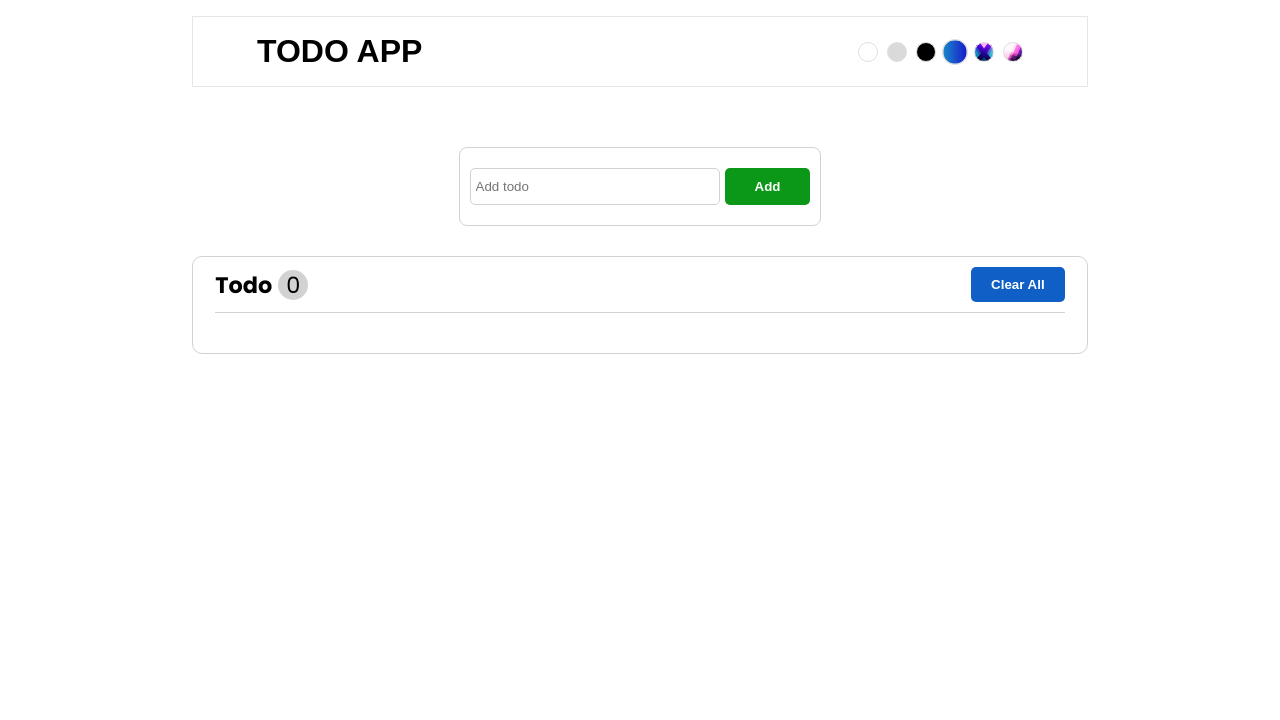
Repository: michalmilek/TodoApp
Page: /
The author's editor kept a copy of each file at every save. The page is drawn from the files as they stood at one save, then again after the next save.
The browser window is 1280 px wide. The pictures show the whole page.
Some web fonts or font styles are not loaded; a fallback is used. The project was rebuilt for these pictures with package versions that can differ from the ones it lists, and the page was loaded fresh each time. Also part of the build but not shown: vite.config.js.

Above is the page before, as saved 2023-02-01 15:56:46.

### src/App.jsx
import { useEffect, useState } from "react";
import "./App.css";
import AddTodo from "./components/AddTodo";
import Header from "./components/Header";
import ShowTodo from "./components/ShowTodo";

function App() {
  const [theme, setTheme] = useState("g1");
  const [todolist, setTodolist] = useState(
    JSON.parse(localStorage.getItem("todolist")) || []
  );
  const [todo, setTodo] = useState({});

  useEffect(() => {
    localStorage.setItem("todolist", JSON.stringify(todolist));
  }, [todolist]);

  return (
    <div className={"App"}>
      <Header
        theme={theme}
        setTheme={setTheme}
      />
      <AddTodo
        todolist={todolist}
        setTodolist={setTodolist}
        todo={todo}
        setTodo={setTodo}
      />
      <ShowTodo
        todolist={todolist}
        setTodolist={setTodolist}
        todo={todo}
        setTodo={setTodo}
      />
    </div>
  );
}

export default App;

### src/index.css
@import url(https://fonts.googleapis.com/css?family=Poppins:100,100italic,200,200italic,300,300italic,regular,italic,500,500italic,600,600italic,700,700italic,800,800italic,900,900italic);
@import url(https://fonts.googleapis.com/css?family=Texturina:100,200,300,regular,500,600,700,800,900,100italic,200italic,300italic,italic,500italic,600italic,700italic,800italic,900italic);

*{
  box-sizing: border-box;
  margin: 0;
  padding: 0;
}

body{
  display: flex;
  flex-direction: column;
  align-items: center;
  justify-content: center;
  font-family: 'Poppins', sans-serif;
}

### src/App.css
header{
  display: flex;
  justify-content: space-between;
  align-items: center;
  width: 70vw;
  margin-top: 1rem;
  padding: 1rem 4rem;
  border: 1px solid rgb(230, 230, 230);
}

  .logo{
    font-family: 'Texturina', sans-serif;
  }

  .themeSelector{
    display: flex;
    gap: 4px;
  }

  header .themeSelector span{
  height: 20px;
  width: 20px;
  border-radius: 50%;
  display: inline-block;
  margin-left: 5px;
  cursor: pointer;
  border: 1px solid #dfdfdf;
  transition: all 0.3s ease;
}

  .light{
  background-color: rgb(255, 255, 255);
  }

  .medium{
  background-color: rgb(218, 218, 218);
  }

  .dark{
  background-color: rgb(0, 0, 0);
  }

  .g1{
  background: linear-gradient(90deg, #1888c9, #181bc9);;
  }

  .g2{
    background: linear-gradient(235deg, #FFFFFF 0%, #000F25 100%), linear-gradient(180deg, #6100FF 0%, #000000 100%), linear-gradient(235deg, #FFA3AC 0%, #FFA3AC 40%, #00043C calc(40% + 1px), #00043C 60%, #005D6C calc(60% + 1px), #005D6C 70%, #00C9B1 calc(70% + 1px), #00C9B1 100%), linear-gradient(125deg, #FFA3AC 0%, #FFA3AC 40%, #00043C calc(40% + 1px), #00043C 60%, #005D6C calc(60% + 1px), #005D6C 70%, #00C9B1 calc(70% + 1px), #00C9B1 100%);
  background-blend-mode: soft-light, screen, darken, normal;
}

.g3{
  background: linear-gradient(125deg, #FFFFFF 0%, #000000 100%), linear-gradient(200deg, #FFD9E8 0%, #FFD9E8 50%, #DE95BA calc(50% + 1px), #DE95BA 60%, #7F4A88 calc(60% + 1px), #7F4A88 75%, #4A266A calc(75% + 1px), #4A266A 100%), linear-gradient(113deg, #FFD9E8 0%, #FFD9E8 40%, #DE95BA calc(40% + 1px), #DE95BA 50%, #7F4A88 calc(50% + 1px), #7F4A88 70%, #4A266A calc(70% + 1px), #4A266A 100%);
  background-blend-mode: overlay, overlay, normal;

}

.active{
  transition: all 0.3s ease;
  scale: 1.3;
}


.addTodo {
  margin-top: 60px;
  display: flex;
  justify-content: center;
  align-items: center;
}

.addTodo form{
  padding: 20px 10px;
  background: rgb(255, 255, 255);
  border: 1px solid rgb(211, 210, 210);
  display: flex;
  gap: 5px;
  border-radius: 8px;
}

.addTodo form input{
  padding: 10px 5px;
  max-width: 350px;
  min-width: 250px;
  border: 1px solid rgb(211, 210, 210);
  outline: none;
  border-radius: 5px;
}

.addTodo form button{
  background: rgb(11, 151, 23);
  border: none;
  padding: 0 30px;
  border-radius: 5px;
  color: #fff;
  font-weight: bold;
  cursor: pointer;
}



.showTodo{
  margin-top: 30px;
  display: flex;
  flex-direction: column;
  justify-content: center;
  align-items: center;
  border-radius: 10px;
  border: 1px solid rgb(211, 210, 210);
}

.head{
  display: flex;
  width: 95%;
  padding: 10px 0px;
  justify-content: space-between;
  border-bottom: 1px solid rgb(211, 210, 210);
}

.head_Todo{
  display: flex;
  gap: 6px;
  justify-content: center;
  align-items: center;
}


.title{
  font-weight: bold;
  font-size: 1.4rem;
}

.count{
  display: flex;
  justify-content: center;
  align-items: center;
  border-radius: 50%;
  height: 30px;
  width: 30px;
  font-size: 1.4rem;
  background: rgb(211, 210, 210);
}

.clearAll{
    background: rgb(15, 95, 199);
  border: none;
  padding: 10px 20px;
  border-radius: 5px;
  color: #fff;
  font-weight: bold;
  cursor: pointer;
}

ul{
  padding: 20px 0;
  display: flex;
  width: 90%;
  list-style-type: none;
  justify-items: start;
  gap: 20px;
}

ul li{
  display: flex;
  gap: 35px;
  padding: 10px 10px;
  border-radius: 4px;
  border: 1px solid rgb(211, 210, 210);
  border-left: 5px solid rgb(15, 95, 199);
}

ul li p{
  display: flex;
  gap: 10px;
  flex-direction: column;
}

ul li p .titleTodo{
  font-weight: bold;
  font-size: 1.3rem;

}

ul li p .timeTodo{
  font-style: italic;
  color: rgb(131, 131, 131);

}


.icons svg{
height: 24px;
width: 24px;
}

.icons .pen{
  color: rgb(0, 81, 255);
}

.icons .trash{
  color: red;
}

### src/components/AddTodo.jsx
import React from "react";

const AddTodo = ({ todolist, setTodolist, todo, setTodo }) => {
  const handleSubmit = (e) => {
    e.preventDefault();

    if (todo.id) {
      const date = new Date();
      const updateTodolist = todolist.map((item) =>
        item.id === todo.id
          ? {
              id: todo.id,
              name: todo.name,
              time: `${date.toLocaleTimeString()} ${date.toLocaleDateString()}`,
            }
          : item
      );
      setTodolist(updateTodolist);
      setTodo({});
    } else {
      console.log(e.target.todo.value);
      const date = new Date();
      const newTask = {
        id: Math.random(),
        name: e.target.todo.value,
        time: `${date.toLocaleTimeString()} ${date.toLocaleDateString()}`,
      };
      setTodolist([...todolist, newTask]);
      e.target.todo.value = "";
    }
  };
  return (
    <section className="addTodo">
      <form onSubmit={handleSubmit}>
        <input
          type="text"
          name="todo"
          value={todo.name || ""}
          onChange={(e) => setTodo({ ...todo, name: e.target.value })}
          autoComplete="off"
          placeholder="Add todo"
          maxLength="25"
        />
        <button type="submit">{todo.id ? "Update" : "Add"}</button>
      </form>
    </section>
  );
};

export default AddTodo;

### src/components/Header.jsx
import React, { useEffect, useState } from "react";

const Header = ({ theme, setTheme }) => {
  return (
    <header>
      <div className="logo">
        <h1>TODO APP</h1>
      </div>
      <div className="themeSelector">
        <span
          onClick={() => setTheme("light")}
          className={theme === "light" ? "light active" : "light"}></span>
        <span
          onClick={() => setTheme("medium")}
          className={theme === "medium" ? "medium active" : "medium"}></span>
        <span
          onClick={() => setTheme("dark")}
          className={theme === "dark" ? "dark active" : "dark"}></span>
        <span
          onClick={() => setTheme("g1")}
          className={theme === "g1" ? "g1 active" : "g1"}></span>
        <span
          onClick={() => setTheme("g2")}
          className={theme === "g2" ? "g2 active" : "g2"}></span>
        <span
          onClick={() => setTheme("g3")}
          className={theme === "g3" ? "g3 active" : "g3"}></span>
      </div>
    </header>
  );
};

export default Header;

### src/components/ShowTodo.jsx
import React from "react";
import { Icon } from "@iconify/react";

const ShowTodo = ({ todolist, setTodolist, todo, setTodo }) => {
  const handleEdit = (id) => {
    const selectedTodo = todolist.find((item) => item.id === id);
    console.log(selectedTodo);
    setTodo(selectedTodo);
  };

  const handleDelete = (id) => {
    const updatedTodoList = todolist.filter((item) => item.id !== id);
    setTodolist(updatedTodoList);
  };
  return (
    <div className="showTodo">
      <div className="head">
        <div className="head_Todo">
          <span className="title">Todo</span>
          <span className="count">{todolist.length}</span>
        </div>
        <button
          onClick={() => setTodolist([])}
          className="clearAll">
          Clear All
        </button>
      </div>
      <ul>
        {todolist.map((todo, index) => (
          <li key={index}>
            <p>
              <span className="titleTodo">{todo.name}</span>
              <span className="timeTodo">{todo.time}</span>
            </p>
            <div className="icons">
              <Icon
                onClick={() => handleEdit(todo.id)}
                className="pen"
                icon="material-symbols:edit"
              />
              <Icon
                onClick={() => handleDelete(todo.id)}
                className="trash"
                icon="mdi:trash"
              />
            </div>
          </li>
        ))}
      </ul>
    </div>
  );
};

export default ShowTodo;

Loaded but not shown: index.html (common file); src/main.jsx (common file)

After the next save:
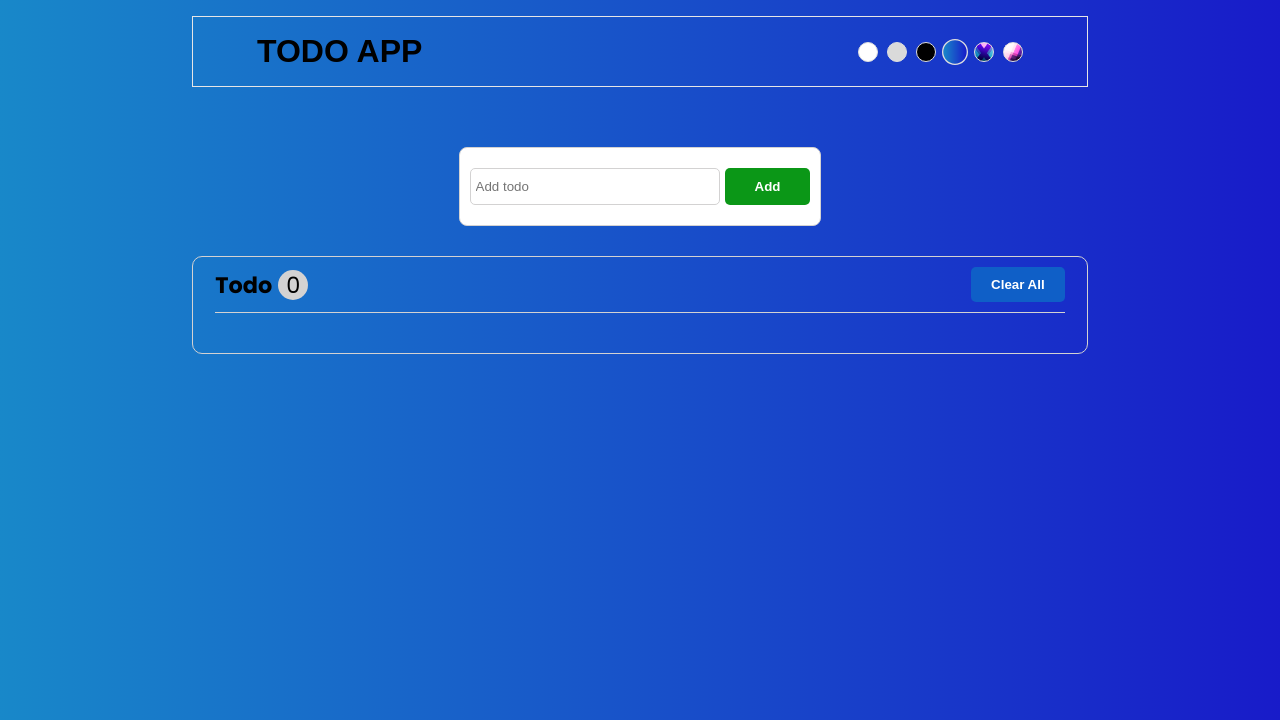
Saved 35 s later.
--- a/src/App.jsx
+++ b/src/App.jsx
@@ -14,6 +14,11 @@ function App() {
   useEffect(() => {
     localStorage.setItem("todolist", JSON.stringify(todolist));
   }, [todolist]);
+
+  useEffect(() => {
+    document.documentElement.classList.remove(theme);
+    document.documentElement.classList.add(theme);
+  }, [theme]);
 
   return (
     <div className={"App"}>
